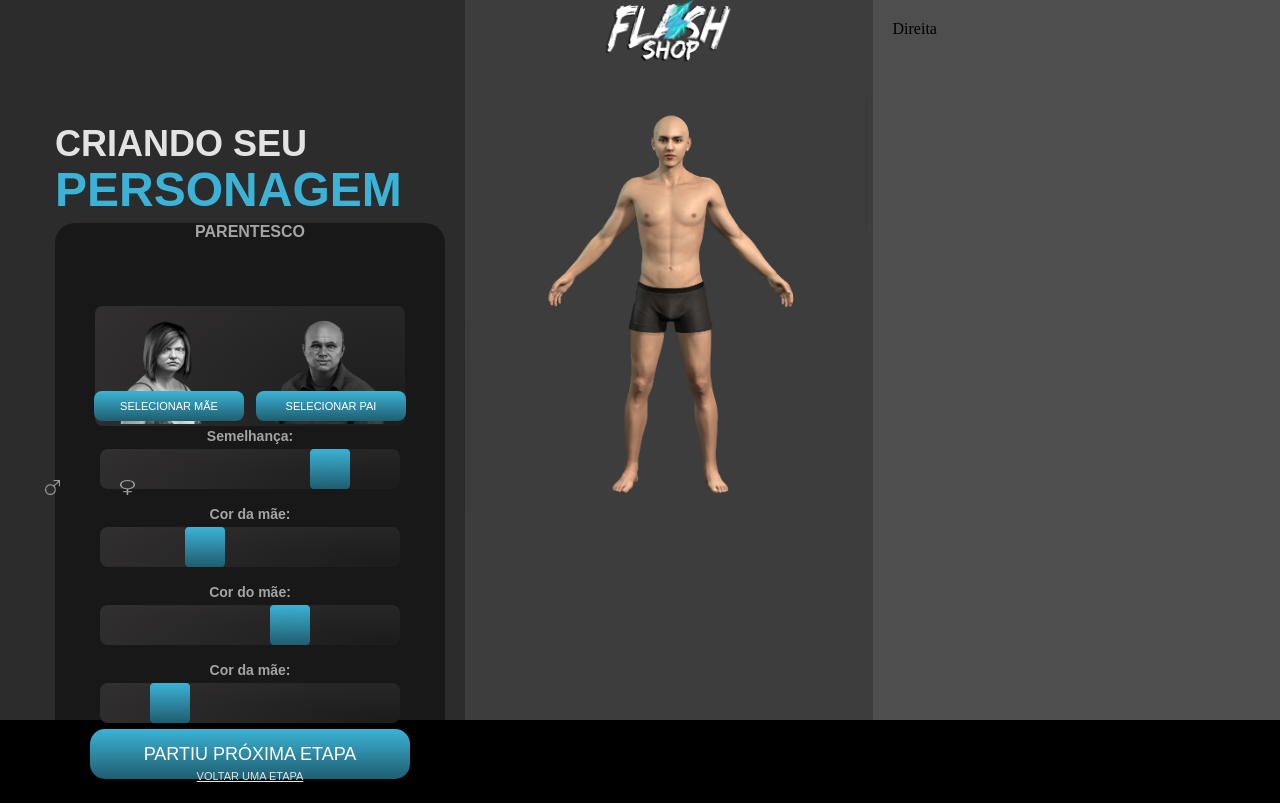
Repository: DuMCorrea/CriandoPerso
Page: index.html
These files come from the project's save history. The page is drawn as it stood at one moment and after the next save; the edit follows.
The browser window is 1280 px wide. The pictures show the whole page.

Above is the page before, as saved 2024-08-29 16:46:45.

After the next save:
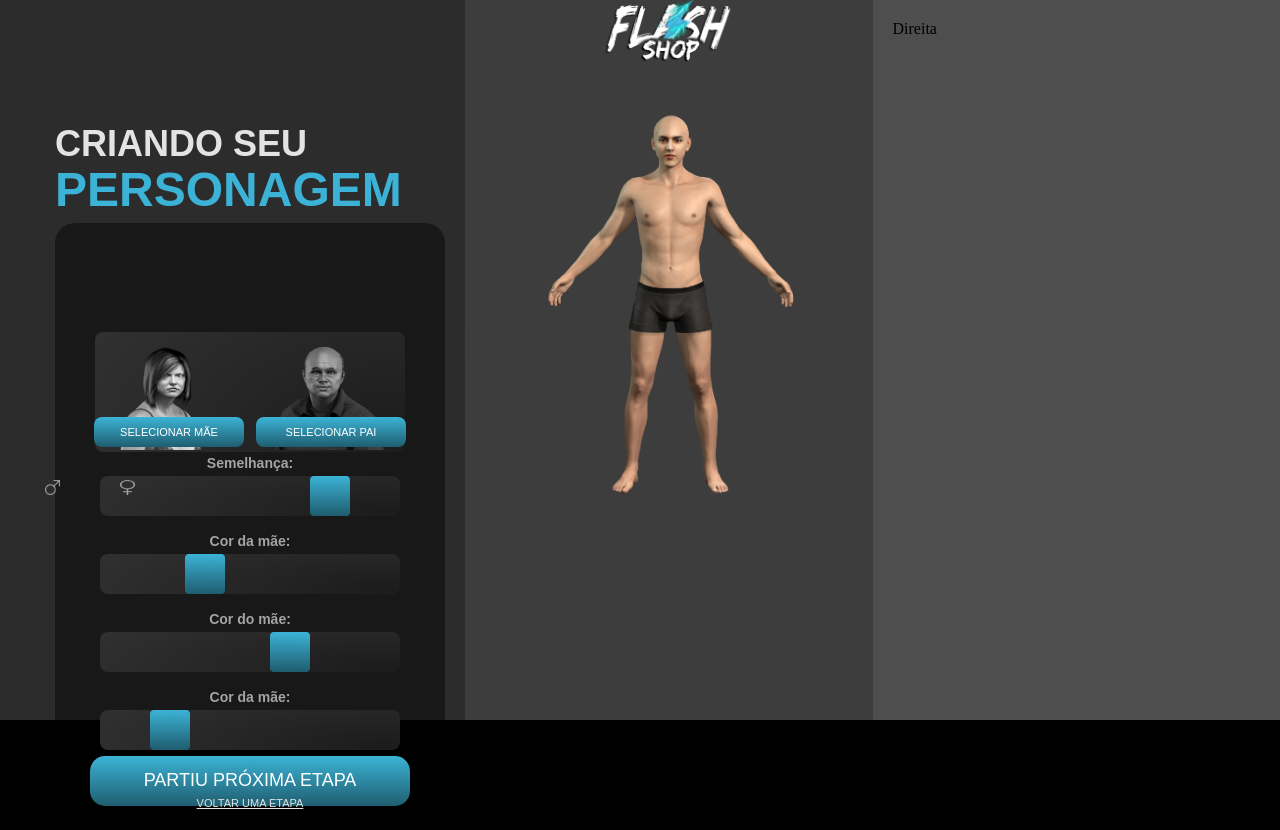
Saved 20 s later.
--- a/styles.css
+++ b/styles.css
@@ -264,12 +264,12 @@
 
 .parentesco-title {
     color: #A4A4A4; /* Cor do texto */
-    margin: 0; /* Remove margens externas */
-    padding: 0; /* Remove espaçamento interno */
     font-family: 'Baloo Bhai', sans-serif;
     font-size: 16px; /* Tamanho do texto */
     font-weight: bold;
     text-align: center; /* Centraliza o texto dentro do título */
+    position: relative;
+    top: 100px;
 }
 
 /* PARTE CENTRAL */
